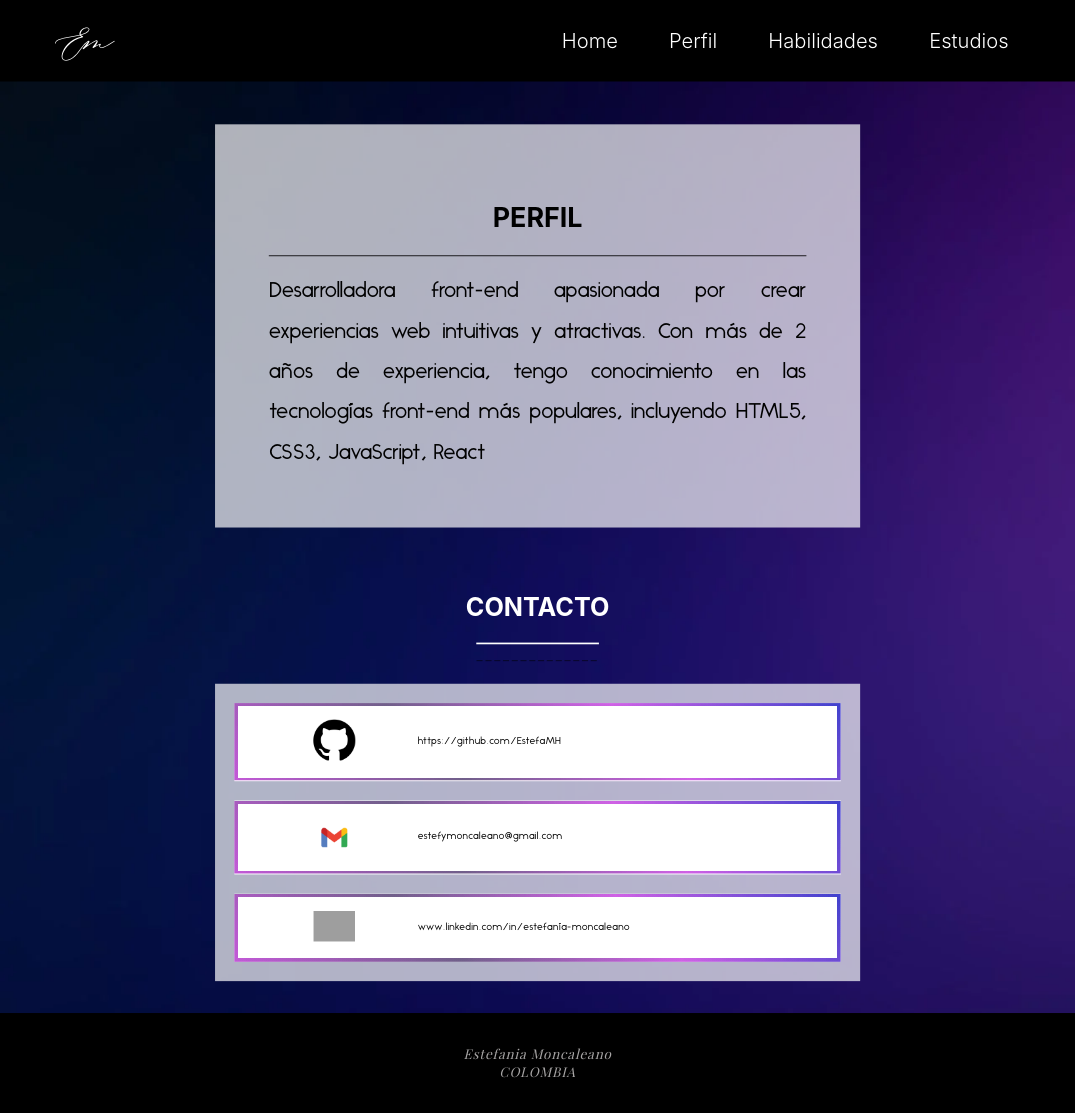
Repository: EstefaMH/PORTAFOLIO
Page: /aboutme
These files come from the project's save history. The page is drawn as it stood at one moment and after the next save; the edit follows.
The browser window is 1280 px wide. The pictures show the whole page, at 84% of full size.
Pictures or frames that could not be fetched are drawn as grey boxes. Some web fonts or font styles are not loaded; a fallback is used. The project was rebuilt for these pictures with package versions that can differ from the ones it lists, and the page was loaded fresh each time. Also part of the build but not shown: src/pages/home/Home.js, src/pages/error/Error404.css, src/pages/error/Error404.js, src/pages/jobs/Jobs.js, src/models/Languages.js, src/components/project/project.js, src/pages/skills/Skills.css, src/pages/skills/Skills.js and 2 more.

Above is the page before, as saved 2024-05-23 22:46:20.

After the next save:
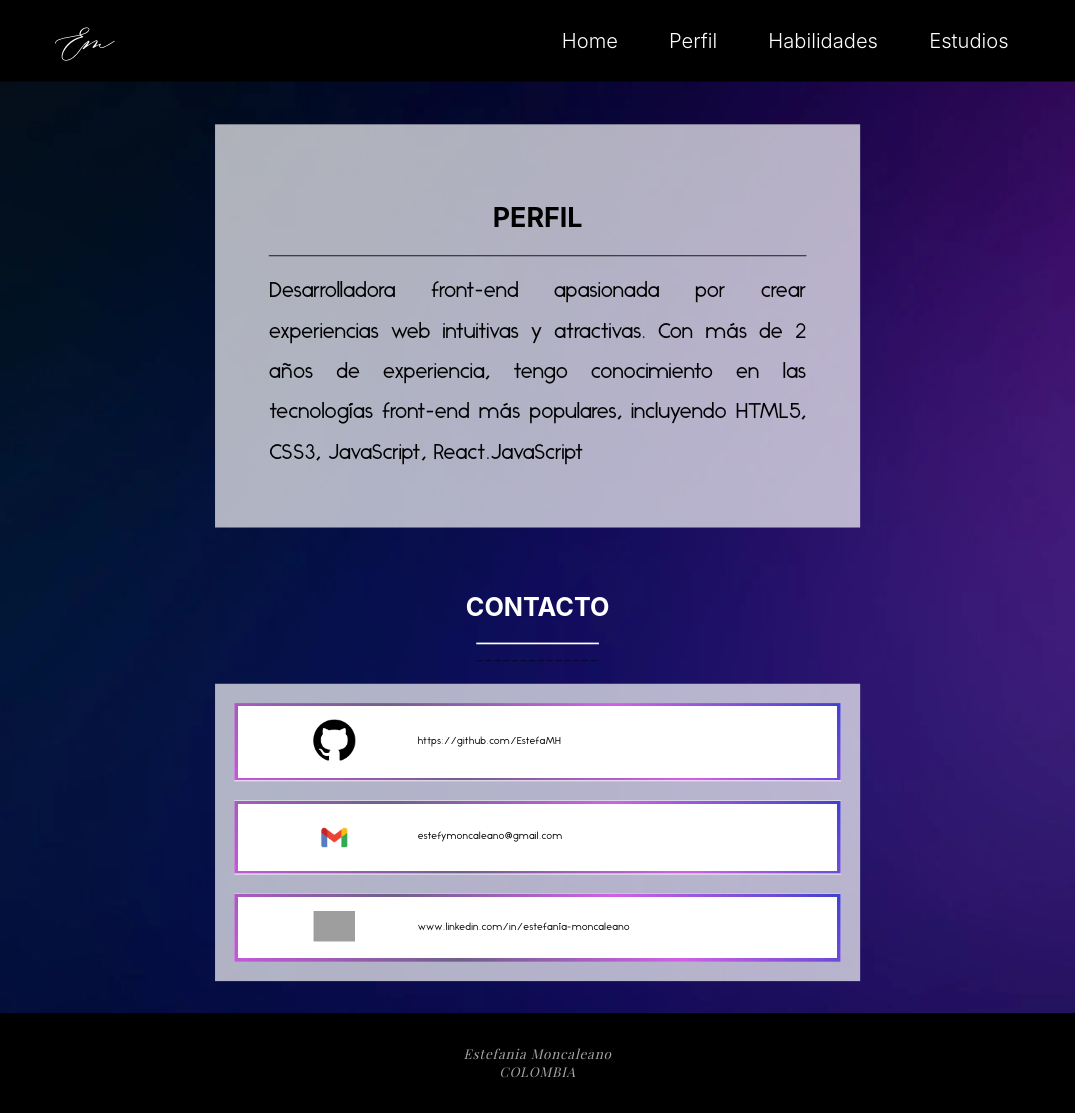
Saved 7 s later.
--- a/src/pages/aboutme/Aboutme.js
+++ b/src/pages/aboutme/Aboutme.js
@@ -19,7 +19,7 @@
                     <p className='line'></p>
                     <p>
                         Desarrolladora front-end apasionada por crear experiencias web intuitivas y atractivas.
-                        Con más de 2 años de experiencia, tengo conocimiento en las tecnologías front-end más populares, incluyendo HTML5, CSS3, JavaScript, React
+                        Con más de 2 años de experiencia, tengo conocimiento en las tecnologías front-end más populares, incluyendo HTML5, CSS3, JavaScript, React.JavaScript
                     </p>
                 </div>
             </section>
